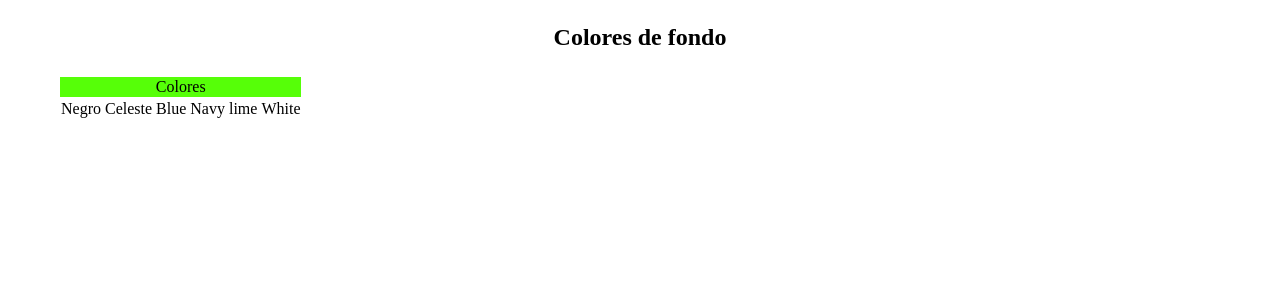
Repository: ThePerez/ArgProg
Page: Practicas ArgProg/Practica 3/Ejercicio 5/index.html
An editor plug-in stored every save of this project. The page is shown before and after the next save, followed by the edit.
The browser window is 1280 px wide. The pictures show the whole page.

Above is the page before, as saved 2023-03-14 12:01:05.

After the next save:
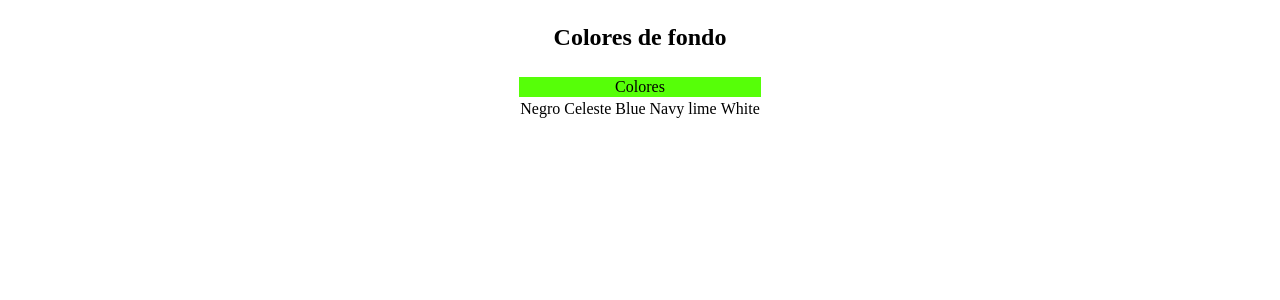
Saved 6 s later.
--- a/Practicas ArgProg/Practica 3/Ejercicio 5/styles.css
+++ b/Practicas ArgProg/Practica 3/Ejercicio 5/styles.css
@@ -5,7 +5,8 @@
 }
 
 .table{
-     margin-left: 50px;
+     margin-left: auto
+     ;
      margin-right: auto;
 }
 
